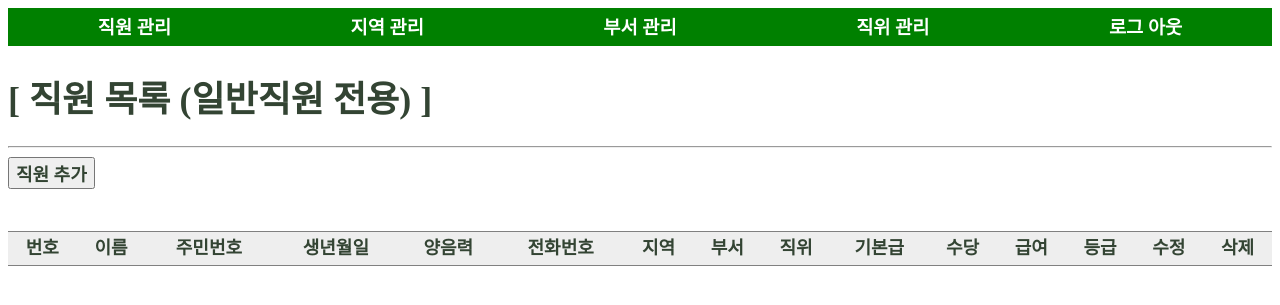
Repository: youngsik0405/SpringMVC
Page: http://localhost/mvc04/WEB-INF/view/EmpList.jsp
These files come from the project's save history. The page is drawn as it stood at one moment and after the next save; the edit follows.
The browser window is 1280 px wide. The pictures show the whole page.
The page is served by Tomcat 9. Nobody is signed in. The template is opened directly, without the code that normally fills it, so the values that code supplies are empty.

Above is the page before, as saved 2025-02-24 03:41:11.

After the next save:
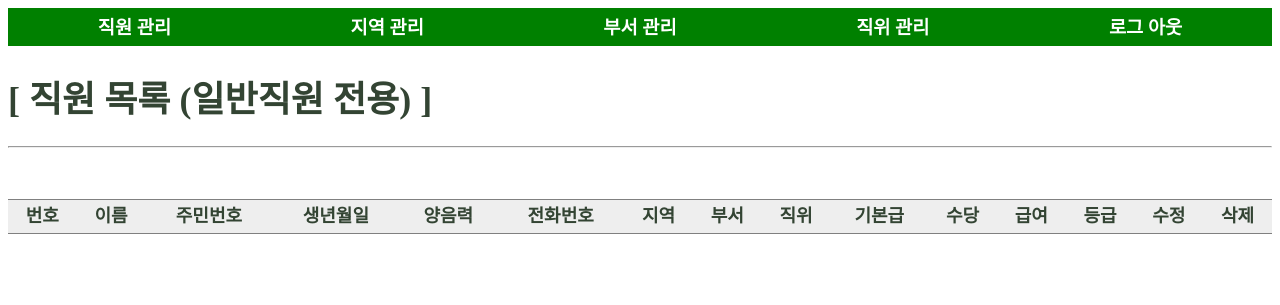
Saved 44 s later.
--- a/mvc04/WebContent/WEB-INF/view/EmpList.jsp
+++ b/mvc04/WebContent/WEB-INF/view/EmpList.jsp
@@ -75,12 +75,7 @@
 		<hr>
 
 
-		<div>
-			<form action="">
-				<input type="button" class="btn" value="직원 추가"
-				onclick="location.href='employeeinsertform.action'">
-			</form>
-		</div>
+		<!-- 직원 추가 div 제거~!!! -->
 		<br><br>
 
 		<!-------------------------------------------------------
